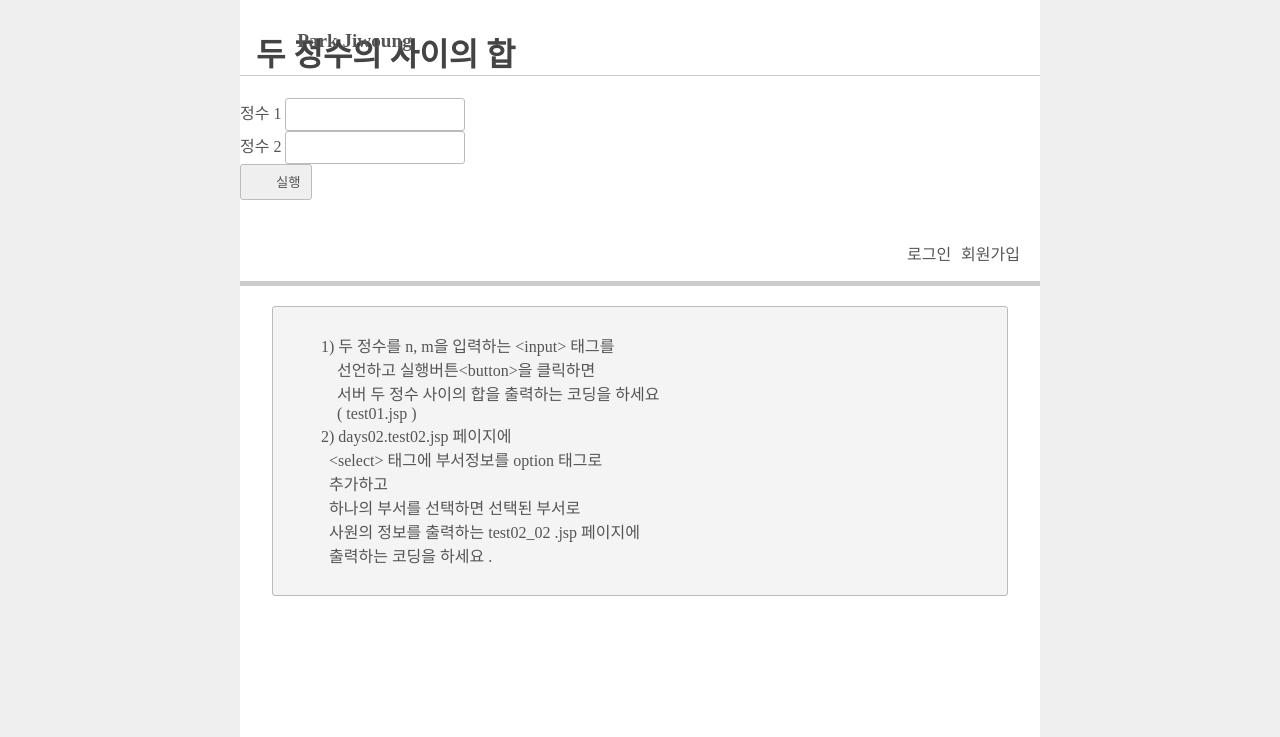
Repository: park-jiwoong/webClass
Page: http://localhost/jspPro/days02/test01.jsp
These files come from the project's save history. The page is drawn as it stood at one moment and after the next save; the edit follows.
The browser window is 1280 px wide. The pictures show the whole page.
Some web fonts or font styles are not loaded; a fallback is used. The page is served by Tomcat 9.

Above is the page before, as saved 2025-05-22 00:34:02.

After the next save:
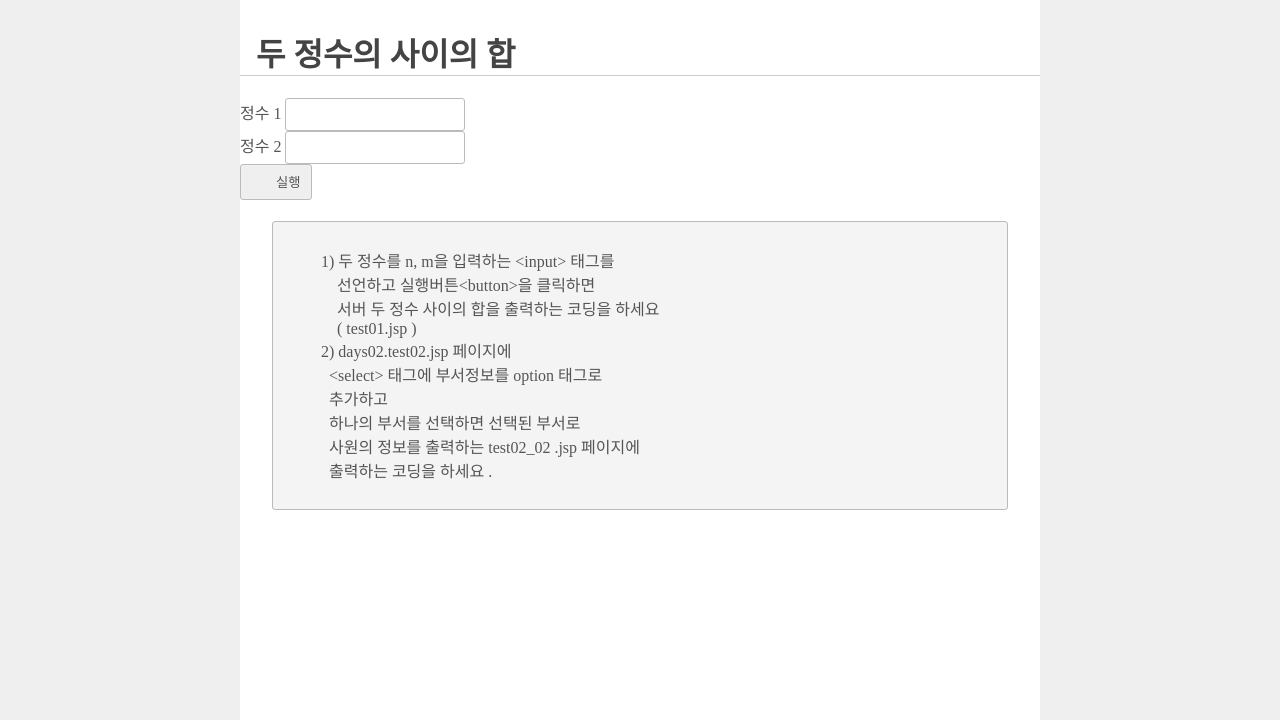
Saved 35 s later.
--- a/webPro/src/main/webapp/JSPClass/jspPro/src/main/webapp/days02/test01.jsp
+++ b/webPro/src/main/webapp/JSPClass/jspPro/src/main/webapp/days02/test01.jsp
@@ -24,13 +24,6 @@
 	<input type="number" id="num2" name="num2" required="required"> <br>
 	<button type="submit">실행</button>
 	</form>
-<header>
-    <h1 class="main"><a href="#" style="position: absolute;top:30px;">Park Jiwoung</a></h1>
-    <ul>
-        <li><a href="#">로그인</a></li>
-        <li><a href="#">회원가입</a></li>
-    </ul>
-</header>
 <div>
     <xmp class="code">
         1) 두 정수를 n, m을 입력하는 <input> 태그를
